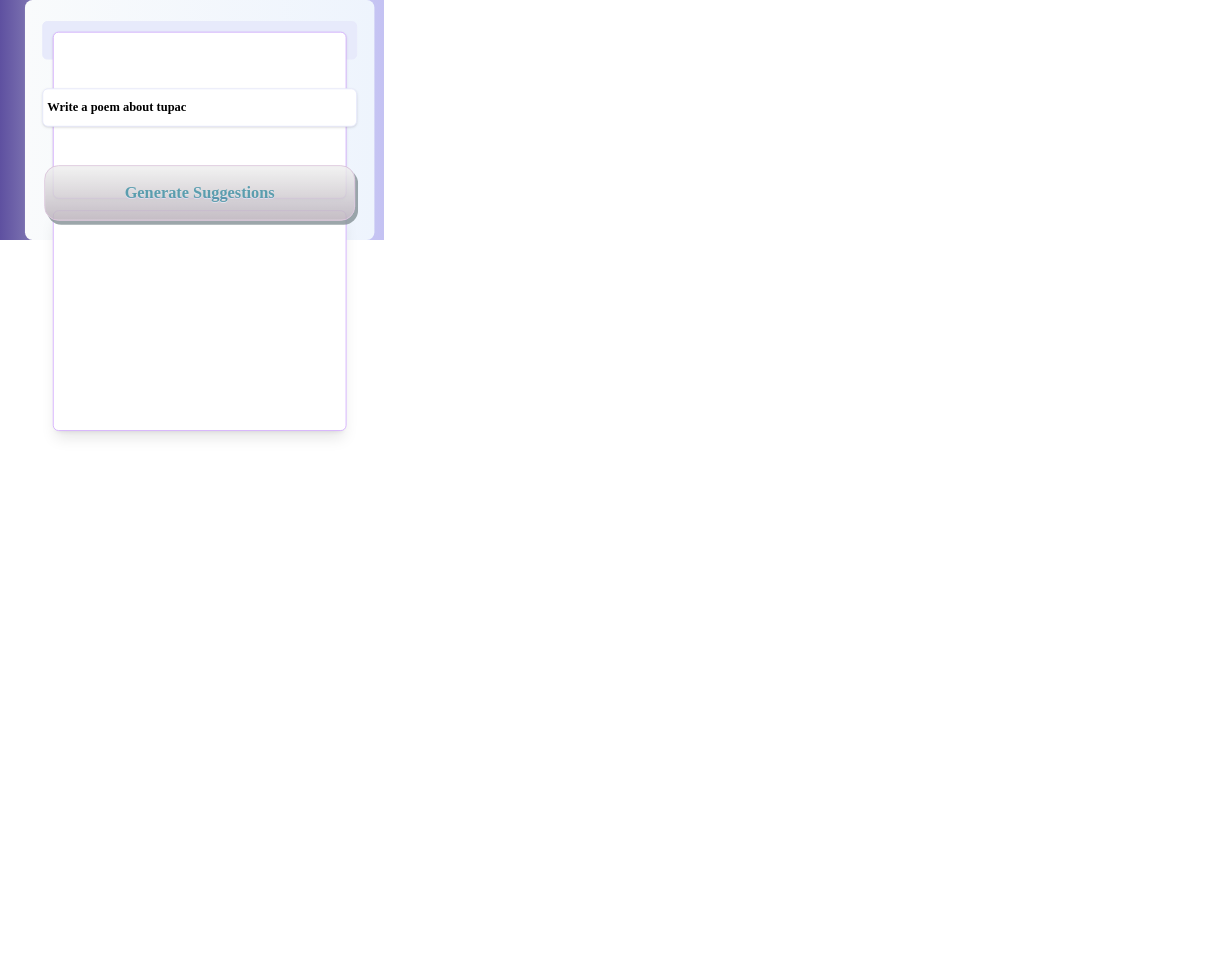
Repository: djdjdallas/AskAlex
Page: /
An editor plug-in stored every save of this project. The page is shown before and after the next save, followed by the edit.
The browser window is 1280 px wide. The pictures show the whole page, at 96% of full size.
The project was rebuilt for these pictures with package versions that can differ from the ones it lists, and the page was loaded fresh each time. Also part of the build but not shown: webpack.config.js.

Above is the page before, as saved 2023-02-27 17:32:04.

### src/App.js
import "./App.css";
import Popup from "./popup";

function App() {
  return (
    <div className="App w-[500px]">
      <header className="App-header bg-gradient-to-r from-[#5E50A0] via-[#EDF4EF] to-[#C4C2F3] w-[25rem]">
        <div className="bg-gradient-to-r from-[#5E50A0] via-[#EDF4EF] to-[#C4C2F3]  w-[100%] flex justify-center items-center"></div>
        <Popup />
      </header>
    </div>
  );
}

export default App;

### src/App.css
.App {
  text-align: center;
  width: 500px;
  height: 1000px;
}

.App-logo {
  height: 40vmin;
  pointer-events: none;
}

@media (prefers-reduced-motion: no-preference) {
  .App-logo {
    animation: App-logo-spin infinite 20s linear;
  }
}

.App-header {
  background: rgb(94,80,160);
  background: linear-gradient(90deg, rgba(94,80,160,1) 0%, rgba(237,244,239,1) 35%, rgba(196,194,243,1) 100%);
  display: flex;
  flex-direction: column;
  align-items: center;
  justify-content: center;
  font-size: calc(10px + 2vmin);
  color: white;
}
.input{
  font-size: small;
  border: 1px solid #E7EAFB;
  width: 90%;
  height: 40px;
}
.infoBox{
  width: 90%;
  height: 40px;
  background-color: #E7EAFB;
  border: 1px solid #E7EAFB;
  border-radius: 5px;
  margin-top: 10px;
  margin-bottom: 10px;
  padding: 10px;
}
.myButton {
	box-shadow: 3px 4px 0px 0px #899599;
	background:linear-gradient(to bottom, #ededed 5%, #bab1ba 100%);
	background-color:#ededed;
	border-radius:15px;
	border:1px solid #d6bcd6;
	display:inline-block;
	cursor:pointer;
	color:#3a8a9e;
	font-family:Arial;
	font-size:17px;
	padding:12px 39px;
	text-decoration:none;
	text-shadow:0px 1px 0px #e1e2ed;
}
.myButton:hover {
	background:linear-gradient(to bottom, #bab1ba 5%, #ededed 100%);
	background-color:#bab1ba;
}
.myButton:active {
	position:relative;
	top:1px;
}

.App-link {
  color: #61dafb;
}

@keyframes App-logo-spin {
  from {
    transform: rotate(0deg);
  }
  to {
    transform: rotate(360deg);
  }
}

### src/popup.js
import React, { useState } from "react";

function Popup() {
  const [prompt, setPrompt] = useState("");
  const [suggestions, setSuggestions] = useState([]);
  const [isLoading, setIsLoading] = useState(false);

  function handleInputChange(event) {
    setPrompt(event.target.value);
  }

  async function generateSuggestions() {
    const API_KEY = "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";
    const API_URL =
      "https://api.openai.com/v1/engines/text-davinci-003/completions";
    setIsLoading(true);
    const response = await fetch(API_URL, {
      method: "POST",
      headers: {
        "Content-Type": "application/json",
        Authorization: `Bearer ${API_KEY}`,
      },
      body: JSON.stringify({
        prompt: `Provide 3 better prompts along with context ideas to ask chatgpt to ${prompt}.\n\n1.`,
        max_tokens: 1000,
        n: 1,
        temperature: 0.7,
      }),
    });

    const data = await response.json();

    const suggestedPrompts = data.choices[0].text.split("\n");
    console.log(isLoading);
    setSuggestions(suggestedPrompts);
  }
  function handleCopy(suggestion) {
    navigator.clipboard.writeText(suggestion);
  }

  return (
    <div className="ml-4 popup w-[91%] flex flex-col bg-gradient-to-r from-[#f9fbfc] to-[#eef4fd] rounded-lg">
      <div className="flex justify-center items-center w-[100%] mt-3">
        {suggestions ? (
          <div className="infoBox w-[90%] h-[100%] mt-4 text-xl space-y-3 flex-row justify-center items-center">
            <div className="border-[1px] border-purple-300 p-4 rounded-md shadow bg-white ">
              <h1 style={{ fontFamily: "Baskeville" }}>
                Ask Alex allows users to generate helpful and creative
                suggestions for various prompts using advanced artificial
                intelligence technology.
              </h1>
            </div>
            <div className="border-[1px] border-purple-300 rounded-md shadow-lg p-4 bg-white ">
              <h1
                style={{
                  fontFamily: "Baskeville",
                }}
              >
                With just a few clicks, users can input their prompts and
                receive customized suggestions that can be used for a variety of
                applications, including writing, brainstorming, and
                problem-solving.
              </h1>
            </div>
          </div>
        ) : null}
      </div>
      <div className="flex justify-center items-center my-5">
        <input
          style={{ fontFamily: "Baskeville" }}
          className="input shadow outline-none focus:outline-none focus:ring text-sm font-bold border-2 border-[#E7EAFB] rounded-md w-[90%]  h-20 placeholder:text-black placeholder:pl-1
          "
          type="text"
          value={prompt}
          onChange={handleInputChange}
          placeholder="Write a poem about tupac"
        />
      </div>
      <button
        style={{ fontFamily: "Baskeville" }}
        className="myButton cursor-pointer text-2xl font-bold bg-gradient-to-r from-[#8C61FF] to-[#0BB2FF] rounded-md p-2 m-5 text-white
         animate-pulse transition transform duration-300 ease-in-out hover:shadow-xl shadow-md"
        onClick={generateSuggestions}
      >
        Generate Suggestions
      </button>
      {suggestions.length > 0 ? (
        <ul
          className="text-xl font-bold flex-row p-2 space-y-3 "
          style={{ fontFamily: "Baskeville" }}
        >
          {suggestions.map((suggestion, index) => (
            <li
              className=" text-white ml-1 bg-gradient-to-r from-[#5E50A0] to-[#C4C2F3] rounded-md p-2 "
              key={index}
            >
              {suggestion}
              <button
                className="cursor-pointer"
                onClick={() => handleCopy(suggestion)}
              ></button>
            </li>
          ))}
        </ul>
      ) : (
        <p className="font-bold text-2xl text-center">
          {isLoading ? "Alex is thinking..." : ""}
        </p>
      )}
    </div>
  );
}

export default Popup;

Loaded but not shown: public/index.html (common file); src/index.js (common file); src/index.css (common file); src/reportWebVitals.js (common file); tailwind.config.js (common file)

After the next save:
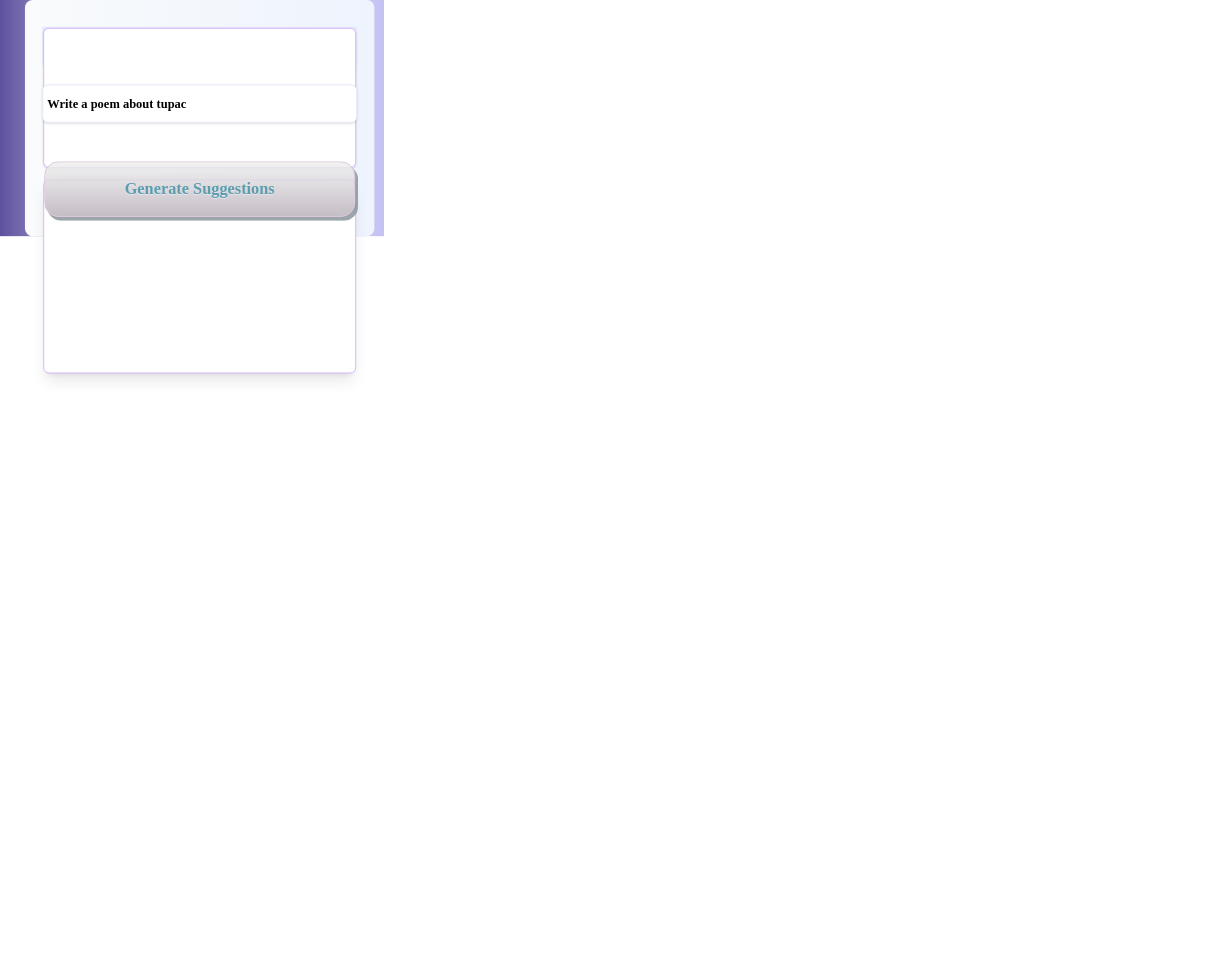
Saved 39 s later.
--- a/src/App.css
+++ b/src/App.css
@@ -36,10 +36,7 @@
   height: 40px;
   background-color: #E7EAFB;
   border: 1px solid #E7EAFB;
-  border-radius: 5px;
-  margin-top: 10px;
-  margin-bottom: 10px;
-  padding: 10px;
+
 }
 .myButton {
 	box-shadow: 3px 4px 0px 0px #899599;
